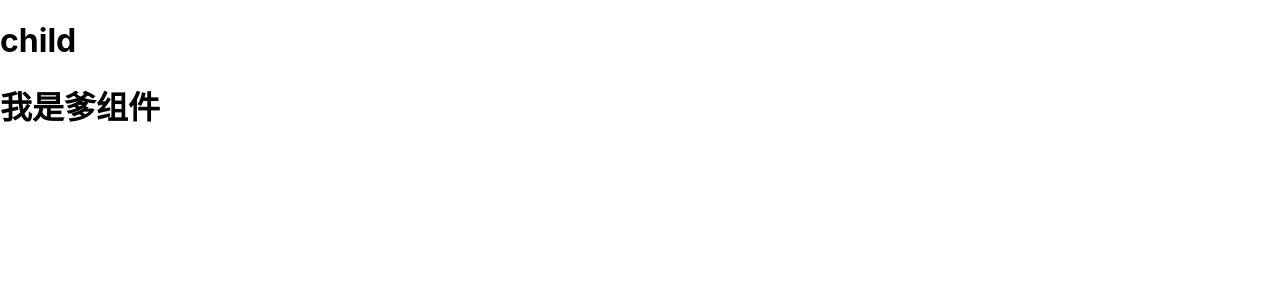
Repository: ZhangCoder0812/zf-react-project
Page: /
The author's editor kept a copy of each file at every save. The page is drawn from the files as they stood at one save, then again after the next save.
The browser window is 1280 px wide. The pictures show the whole page.
The project was rebuilt for these pictures with package versions that can differ from the ones it lists, and the page was loaded fresh each time.

Above is the page before, as saved 2021-05-17 10:55:00.

### src/index.js
import React from "react";
import ReactDOM from "react-dom";
import "./index.css";
import App from "./App";

ReactDOM.render(
    <App className="我是父组件传的值" />, // 严格模式可能会导致多次渲染
    // <React.StrictMode>
    //   <App />
    // </React.StrictMode>,
    document.getElementById("root")
);

### src/App.js
import React from "react";
import Child from "./child";

class App extends React.Component {
    render() {
        return (
            <div>
                <Child />
                <h1>我是爹组件</h1>
            </div>
        );
    }
}

export default App;

### src/child.js

import React from "react";

function child(props) {
    // props 父组件传的数据
    return (
        <div>
            <h1>child</h1>
        </div>
    );
}

export default child;

Loaded but not shown: public/index.html (common file); src/index.css (common file)

After the next save:
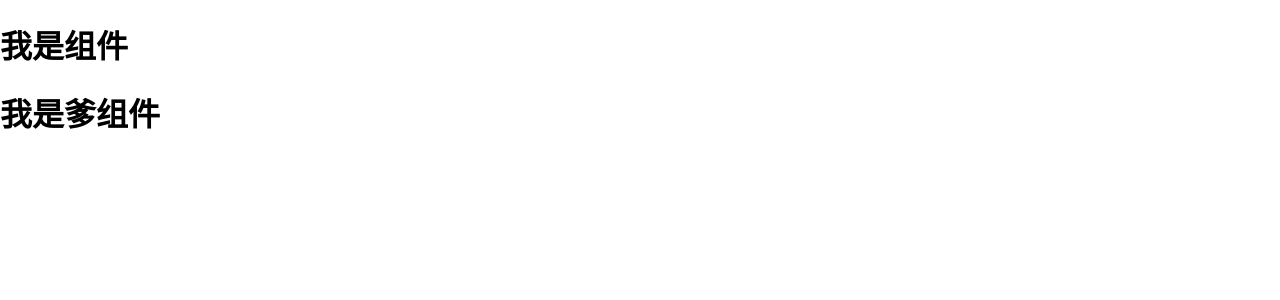
Saved 11 s later.
--- a/src/child.js
+++ b/src/child.js
@@ -5,7 +5,7 @@ function child(props) {
     // props 父组件传的数据
     return (
         <div>
-            <h1>child</h1>
+            <h1>我是组件</h1>
         </div>
     );
 }
